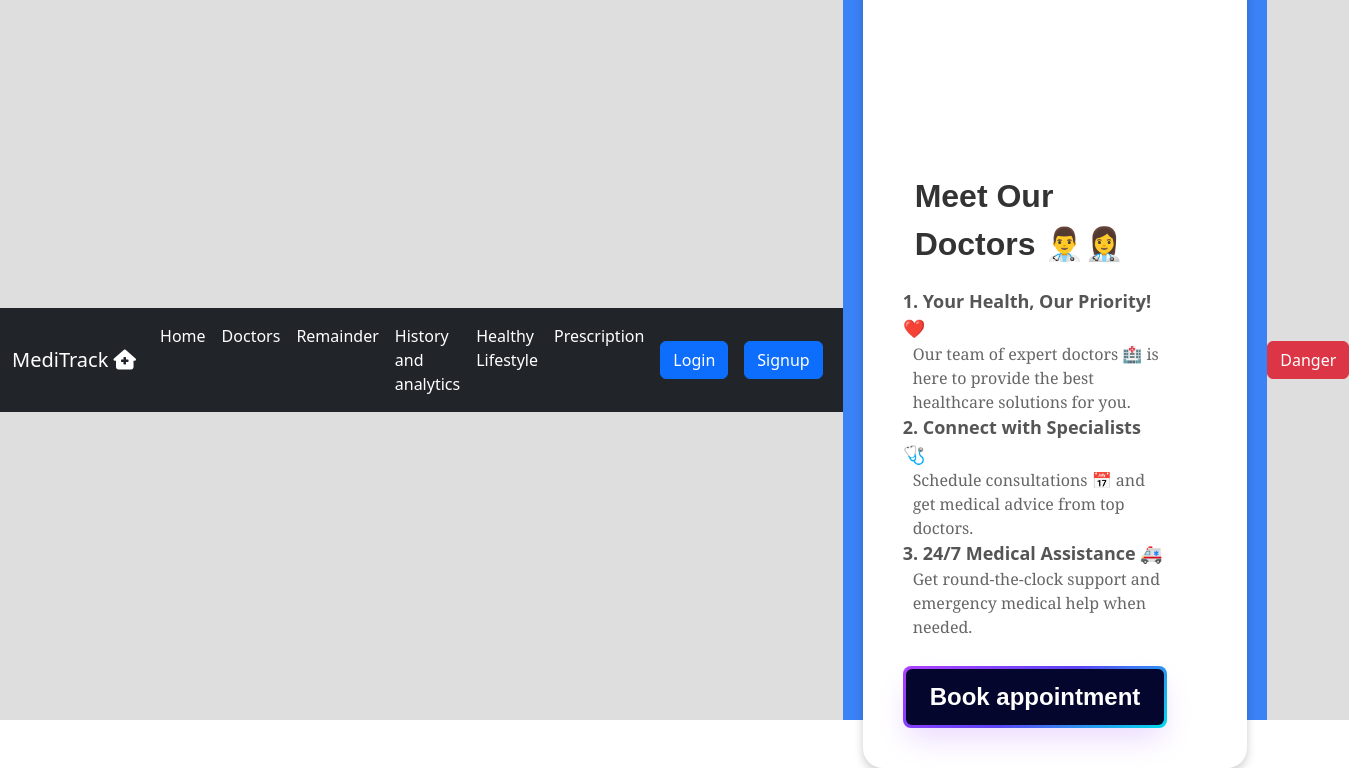
Repository: rahul-chakradhari/PillWise
Page: /doctors (app in frontend/)
These files come from the project's save history. The page is drawn as it stood at one moment and after the next save; the edit follows.
The browser window is 1280 px wide. The page is 1349 px wide, then 1280 px, so the pictures cover 1349 px, including what lies to the right of the window. The pictures show the whole page.
The page's requests for data from a server got no answer. An inner scrolling area shows only its first screen. The project was rebuilt for these pictures with package versions that can differ from the ones it lists, and the page was loaded fresh each time. No one was signed in, and anything a server would have sent is missing. Also part of the build but not shown: frontend/vite.config.js, frontend/src/components/Home.jsx, frontend/src/components/History.jsx, frontend/src/components/Remainder.jsx, frontend/src/components/Healthy.jsx, frontend/src/components/Prescription.jsx.

Above is the page before, as saved 2025-03-06 16:55:35.

After the next save:
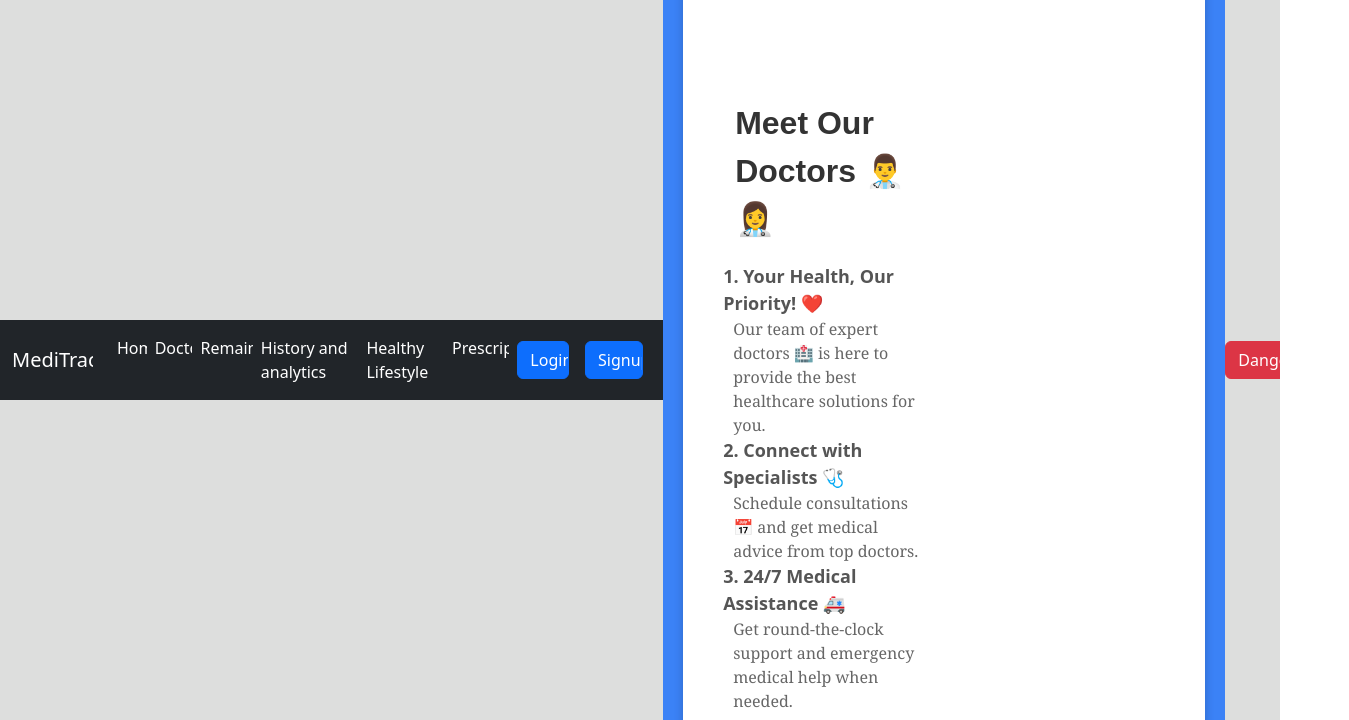
Saved 7 s later.
--- a/frontend/src/components/styles.css
+++ b/frontend/src/components/styles.css
@@ -2,6 +2,7 @@
   margin: 0;
   padding: 0;
   box-sizing: border-box; /* Ensure padding/margin don't cause overflow */
+  overflow-x: hidden; /* Horizontal scroll hatane ke liye */
 }
 body,
 html {
